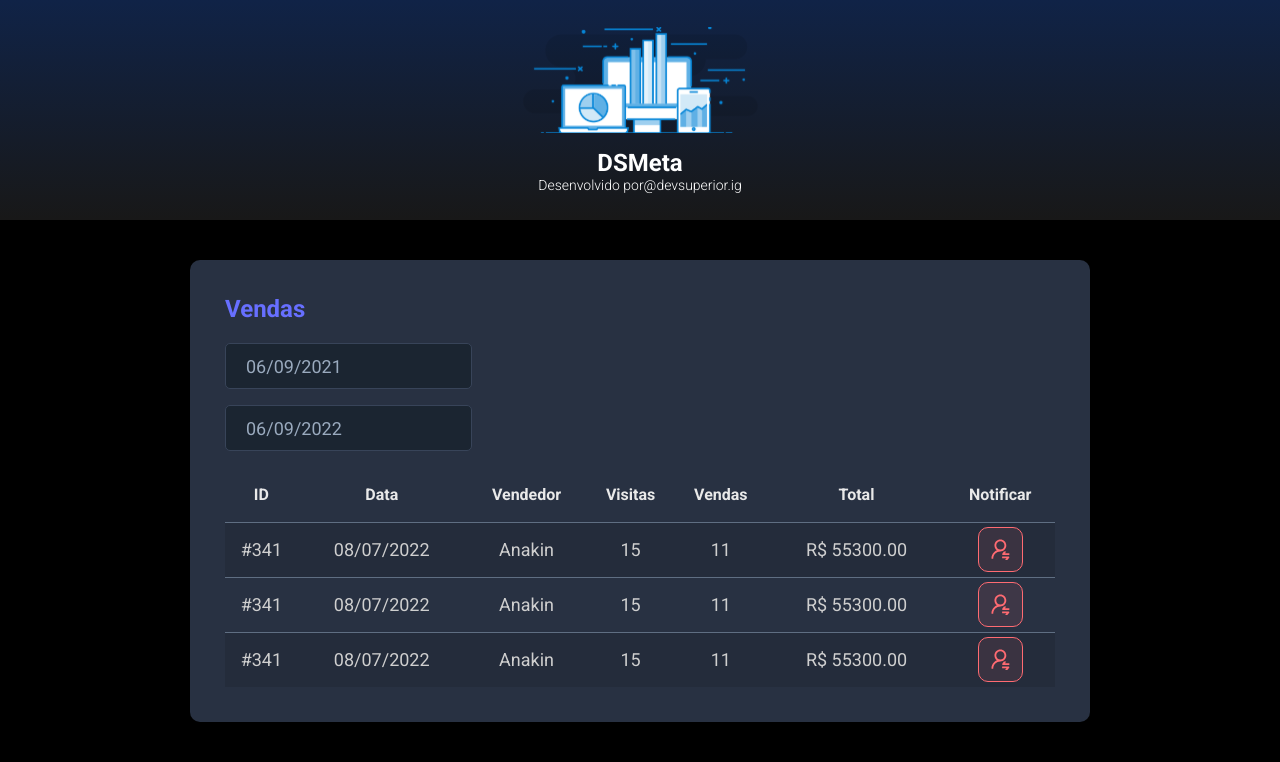
Repository: lucassouzz/dsmeta
Page: / (app in frontend/)
The author's editor kept a copy of each file at every save. The page is drawn from the files as they stood at one save, then again after the next save.
The browser window is 1280 px wide. The pictures show the whole page.
The page's requests for data from a server got no answer. The project was rebuilt for these pictures with package versions that can differ from the ones it lists, and the page was loaded fresh each time. No one was signed in, and anything a server would have sent is missing. Also part of the build but not shown: frontend/vite.config.ts.

Above is the page before, as saved 2022-09-11 20:22:08.

### frontend/index.html
<!DOCTYPE html>
<html lang="en">
  <head>
    <meta charset="UTF-8" />
    <link rel="icon" type="image/svg+xml" href="/vite.svg" />
    <meta name="viewport" content="width=device-width, initial-scale=1.0" />
    <title>DSMETA - Spring</title>
  </head>
  <body>
    <div id="root"></div>
    <script type="module" src="/src/main.tsx"></script>
  </body>
</html>

### frontend/src/App.tsx
import Header from "./components/Header";
import SalesCard from "./components/SalesCard";
import NotificationButton from "./components/NotificationButton";


function App() {
  return (
    <>
      <Header />
      <main>
        <section id="sales">
          <div className="dsmeta-container">
            <SalesCard />
          </div>
        </section>
      </main>
    </>
  )
}

export default App;

### frontend/src/index.css
@import url("https://fonts.googleapis.com/css2?family=Roboto:wght@300;400;700&display=swap");

* {
  font-family: "Roboto", sans-serif;
  box-sizing: border-box;
  margin: 0;
  padding: 0;
}

body,
html {
  background-color: #000;
  color: #fff;
}

a,
a:hover,
a:visited {
  color: unset;
  text-decoration: none;
}

/*
header {
  background: linear-gradient(180deg, #102347 0%, #181818 100%);
  height: 220px;
  display: flex;
  align-items: center;
  justify-content: center;
}

.dsmeta-logo-container {
  display: flex;
  flex-direction: column;
  align-items: center;
}

.dsmeta-logo-container img {
  width: 235px;
}

.dsmeta-logo-container h1 {
  margin-top: 15px;
  font-size: 24px;
}

.dsmeta-logo-container p {
  font-size: 14px;
  font-weight: 300;
}

.dsmeta-card {
  background-color: #283142;
  border-radius: 10px;
  padding: 30px 10px;
}
*/
.dsmeta-container {
  width: 100%;
  max-width: 900px;
  margin: 0 auto;
}

#sales {
  padding: 40px 10px;
}

/*
.dsmeta-sales-title {
  color: #676fff;
  font-size: 24px;
  margin-bottom: 20px;
}

.dsmeta-form-control-container {
  margin-bottom: 16px;
  max-width: 300px;
}

.dsmeta-form-control {
  width: 100%;
  height: 46px;
  background-color: #1b2531;
  border: 1px solid #384459;
  border-radius: 5px;
  color: #9aaabe;
  padding: 0 20px;
  font-size: 18px;
}

.dsmeta-sales-table {
  width: 100%;
  border-spacing: 0;
  border-collapse: collapse;
}

.dsmeta-sales-table thead {
  height: 55px;
  font-size: 16px;
  color: #e9e9e9;
  font-weight: 700;
}

.dsmeta-sales-table tbody {
  font-size: 14px;
  font-weight: 400;
  color: #cfcfcf;
  text-align: center;
}

.dsmeta-sales-table tbody tr {
  height: 74px;
  border-top: 1px solid #5f6e82;
}

.dsmeta-sales-table tbody tr:hover > td {
  background-color: #384459;
}

.dsmeta-sales-table tbody tr:nth-child(odd) {
  background-color: #242c3b;
}

.dsmeta-red-btn-container {
    display: flex;
    justify-content: center;
}

.dsmeta-red-btn {
  height: 45px;
  width: 45px;
  background: rgba(255, 107, 114, 0.1);
  border: 1px solid #ff6b72;
  border-radius: 10px;
  display: flex;
  align-items: center;
  justify-content: center;
  cursor: pointer;
}

.dsmeta-red-btn img {
    width: 19px;
}

.show576 {
    display: none;
}

.show992 {
    display: none;
}

@media (min-width: 576px) {
    .show576 {
        display: table-cell;
    }

    .dsmeta-card {
        padding: 35px;
    }

    .dsmeta-sales-table tbody tr {
        height: 55px;
    }

    .dsmeta-sales-table tbody {
        font-size: 18px;
    }
}

@media (min-width: 992px) {
    .show992 {
        display: table-cell;
    }
} */

### frontend/src/components/Header/index.tsx
import logo from '../../assets/img/logo.svg';
import './styles.css';

function Header() {
  return (
    <>
      <header>
        <div className="dsmeta-logo-container">
          <img src={logo} alt="DSMeta" />
          <h1>DSMeta</h1>
          <p>
            Desenvolvido por
            <a href="https://www.instagram.com/devsuperior.ig">@devsuperior.ig</a>
          </p>
        </div>
      </header>
    </>
  )
}

export default Header;

### frontend/src/components/SalesCard/index.tsx
import axios from "axios";
import { useEffect, useState } from "react";
import DatePicker from "react-datepicker";
import "react-datepicker/dist/react-datepicker.css";
import { Sale } from "../../models/sale";
import { BASE_URL } from "../../utils/request";

import NotificationButton from '../NotificationButton';
import './styles.css';

function SalesCard() {

    const min = new Date(new Date().setDate(new Date().getDate() - 365));
    const max = new Date();

    const [minDate, setMinDate] = useState(min);
    const [maxDate, setMaxDate] = useState(max);

    const [sales, setSales] = useState<Sale[]>([]);


    useEffect(() => {
        axios.get(`${BASE_URL}/sales`).then(resp => {
            setSales(resp.data.content);
        }).catch(err => {
            console.error(err);
        })
    }, []);

    return (
        <>
            <div className="dsmeta-card">
                <h2 className="dsmeta-sales-title">Vendas</h2>
                <div>
                    <div className="dsmeta-form-control-container">
                        <DatePicker
                            selected={minDate}
                            onChange={(date: Date) => setMinDate(date)}
                            className="dsmeta-form-control"
                            dateFormat="dd/MM/yyyy"
                        />
                    </div>
                    <div className="dsmeta-form-control-container">
                        <DatePicker
                            selected={maxDate}
                            onChange={(date: Date) => setMaxDate(date)}
                            className="dsmeta-form-control"
                            dateFormat="dd/MM/yyyy"
                        />
                    </div>
                </div>

                <div>
                    <table className="dsmeta-sales-table">
                        <thead>
                            <tr>
                                <th className="show992">ID</th>
                                <th className="show576">Data</th>
                                <th>Vendedor</th>
                                <th className="show992">Visitas</th>
                                <th className="show992">Vendas</th>
                                <th>Total</th>
                                <th>Notificar</th>
                            </tr>
                        </thead>
                        <tbody>
                            <tr>
                                <td className="show992">#341</td>
                                <td className="show576">08/07/2022</td>
                                <td>Anakin</td>
                                <td className="show992">15</td>
                                <td className="show992">11</td>
                                <td>R$ 55300.00</td>
                                <td>
                                    <div className="dsmeta-red-btn-container">
                                        <NotificationButton />
                                    </div>
                                </td>
                            </tr>
                            <tr>
                                <td className="show992">#341</td>
                                <td className="show576">08/07/2022</td>
                                <td>Anakin</td>
                                <td className="show992">15</td>
                                <td className="show992">11</td>
                                <td>R$ 55300.00</td>
                                <td>
                                    <div className="dsmeta-red-btn-container">
                                        <NotificationButton />
                                    </div>
                                </td>
                            </tr>
                            <tr>
                                <td className="show992">#341</td>
                                <td className="show576">08/07/2022</td>
                                <td>Anakin</td>
                                <td className="show992">15</td>
                                <td className="show992">11</td>
                                <td>R$ 55300.00</td>
                                <td>
                                    <div className="dsmeta-red-btn-container">
                                        <NotificationButton />
                                    </div>
                                </td>
                            </tr>
                        </tbody>

                    </table>
                </div>

            </div>
        </>
    )
}

export default SalesCard;

### frontend/src/components/NotificationButton/index.tsx
import icon from '../../assets/img/notification-icon.svg';
import './styles.css';

function NotificationButton() {
    return (
        <>
            <div className="dsmeta-red-btn">
                <img src={icon} alt="Notificar" />
            </div>
        </>
    )
}

export default NotificationButton;

### frontend/src/components/SalesCard/styles.css
.dsmeta-card {
    background-color: #283142;
    border-radius: 10px;
    padding: 30px 10px;
}

.dsmeta-sales-title {
    color: #676fff;
    font-size: 24px;
    margin-bottom: 20px;
}

.dsmeta-form-control-container {
    margin-bottom: 16px;
    max-width: 300px;
}

.dsmeta-form-control {
    width: 100%;
    height: 46px;
    background-color: #1b2531;
    border: 1px solid #384459;
    border-radius: 5px;
    color: #9aaabe;
    padding: 0 20px;
    font-size: 18px;
}

.dsmeta-sales-table {
    width: 100%;
    border-spacing: 0;
    border-collapse: collapse;
}

.dsmeta-sales-table thead {
    height: 55px;
    font-size: 16px;
    color: #e9e9e9;
    font-weight: 700;
}

.dsmeta-sales-table tbody {
    font-size: 14px;
    font-weight: 400;
    color: #cfcfcf;
    text-align: center;
}

.dsmeta-sales-table tbody tr {
    height: 74px;
    border-top: 1px solid #5f6e82;
}

.dsmeta-sales-table tbody tr:hover>td {
    background-color: #384459;
}

.dsmeta-sales-table tbody tr:nth-child(odd) {
    background-color: #242c3b;
}

.dsmeta-red-btn-container {
    display: flex;
    justify-content: center;
}

.show576 {
    display: none;
}

.show992 {
    display: none;
}

@media (min-width: 576px) {
    .show576 {
        display: table-cell;
    }

    .dsmeta-card {
        padding: 35px;
    }

    .dsmeta-sales-table tbody tr {
        height: 55px;
    }

    .dsmeta-sales-table tbody {
        font-size: 18px;
    }
}

@media (min-width: 992px) {
    .show992 {
        display: table-cell;
    }
}

Loaded but not shown: frontend/src/main.tsx (common file); frontend/src/components/Header/styles.css (common file); frontend/src/utils/request.ts (common file); frontend/src/components/NotificationButton/styles.css (common file)

After the next save:
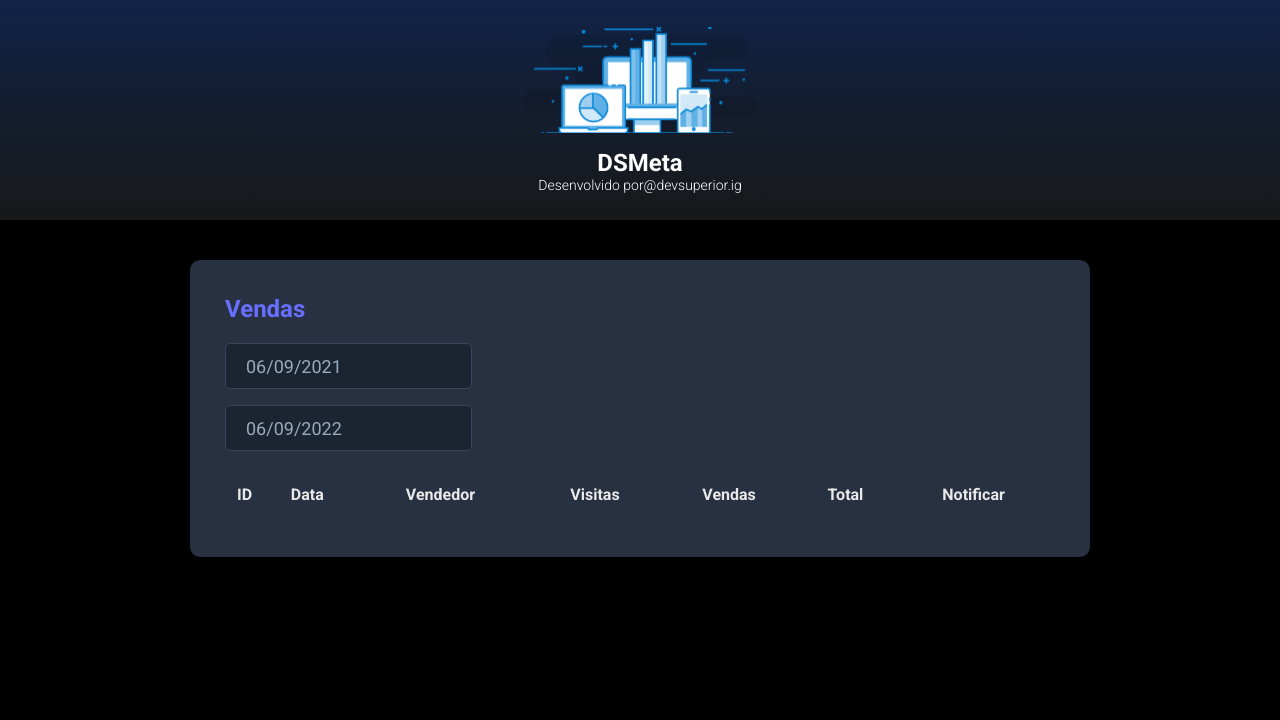
Saved 3 min 57 s later.
--- a/frontend/src/components/SalesCard/index.tsx
+++ b/frontend/src/components/SalesCard/index.tsx
@@ -64,47 +64,24 @@
                             </tr>
                         </thead>
                         <tbody>
-                            <tr>
-                                <td className="show992">#341</td>
-                                <td className="show576">08/07/2022</td>
-                                <td>Anakin</td>
-                                <td className="show992">15</td>
-                                <td className="show992">11</td>
-                                <td>R$ 55300.00</td>
-                                <td>
-                                    <div className="dsmeta-red-btn-container">
-                                        <NotificationButton />
-                                    </div>
-                                </td>
-                            </tr>
-                            <tr>
-                                <td className="show992">#341</td>
-                                <td className="show576">08/07/2022</td>
-                                <td>Anakin</td>
-                                <td className="show992">15</td>
-                                <td className="show992">11</td>
-                                <td>R$ 55300.00</td>
-                                <td>
-                                    <div className="dsmeta-red-btn-container">
-                                        <NotificationButton />
-                                    </div>
-                                </td>
-                            </tr>
-                            <tr>
-                                <td className="show992">#341</td>
-                                <td className="show576">08/07/2022</td>
-                                <td>Anakin</td>
-                                <td className="show992">15</td>
-                                <td className="show992">11</td>
-                                <td>R$ 55300.00</td>
-                                <td>
-                                    <div className="dsmeta-red-btn-container">
-                                        <NotificationButton />
-                                    </div>
-                                </td>
-                            </tr>
+                            {sales.map(sale => {
+                                return (
+                                    <tr key={sale.id}>
+                                        <td className="show992">#341</td>
+                                        <td className="show576">08/07/2022</td>
+                                        <td>{sale.sellerName}</td>
+                                        <td className="show992">15</td>
+                                        <td className="show992">11</td>
+                                        <td>R$ 55300.00</td>
+                                        <td>
+                                            <div className="dsmeta-red-btn-container">
+                                                <NotificationButton />
+                                            </div>
+                                        </td>
+                                    </tr>
+                                )
+                            })}
                         </tbody>
-
                     </table>
                 </div>
 
